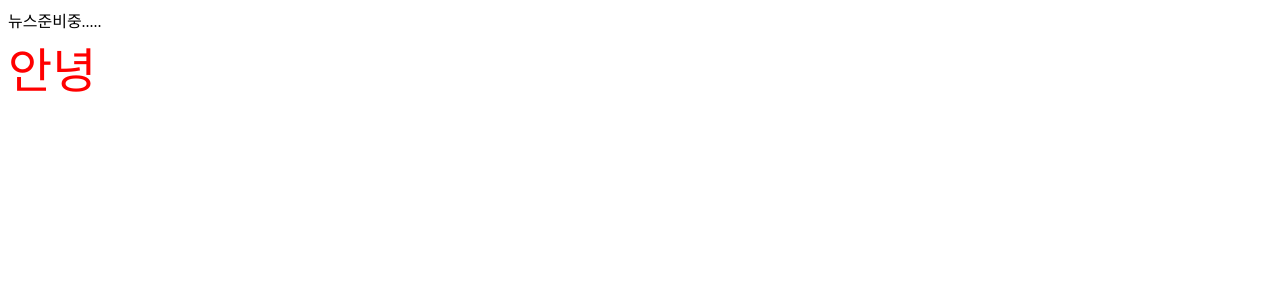
Repository: Kojonghoon/Workspace_java
Page: http://localhost/20221228/ajax/news/newsDisplay.jsp
An editor plug-in stored every save of this project. The page is shown before and after the next save, followed by the edit.
The browser window is 1280 px wide. The pictures show the whole page.
The page is served by Tomcat 9. Other server files are loaded and not shown.

Above is the page before, as saved 2023-02-10 06:17:00.

### 20221228/src/main/webapp/ajax/news/newsDisplay.jsp
<%@ page language="java" contentType="text/html; charset=UTF-8"
	pageEncoding="UTF-8"%>
<!DOCTYPE html>
<html>
<head>
<meta charset="UTF-8">
<title>Insert title here</title>
<script
	src="https://ajax.googleapis.com/ajax/libs/jquery/3.6.3/jquery.min.js"></script>
</head>
<body>
	<script type="text/javascript">
	//호출하지 않아도 자돈실행
	//jquery(document)
	//window <-document<-ready(function(){실행문:변수선언, if문, switch문, i+j}) 함수
	$(document).ready(()=>{
		//실맹문
		start =()=>{
			setInterval(autoReload,2000);
		}
		//function start(){}
		start();
	})//end of ready
	</script>
	<div id="d_news">뉴스준비중.....</div>
	<%
		out.print("<font color='red'size=18>안녕</font>");
	%>
	<script>
	  const autoReload =()=>{
		console.log('autoReload 호출')
		//ajax함수는 jqeury.min.js가 제공하는 api이다
		//ajax함수는 결국 XMLHttpRequest대신함
		//const ajax = new XMLHttpRequest();
		//ajax.open("GET",url,false)
		//ajax.send()
		$.ajax({
	          type: "GET",
	          url: "newsList.jsp",
	          success: function (data) {
	            //console.log(data);
	            $("d_news").html(data);
	          },
	        });
	  }
	</script>
</body>
</html>
<!--
	html(단방향, 변수선언이나 제어문 지원안됨, 이벤트 처리불가)은 순차적으로 실행
	자바스크립트 코드의 위치에 따라서 document.querySelector(id or class or ele)
	: 선언이 먼저
	자바스크립트 위치
	1) head안에 - 전변선언, 함수선언 할 때(호출을 해야 실행됨)
	만일 이것을 지연하고 싶을 떄 - defer - 미룬다 - HTML, DOM Tree그린다.
	2) body안에 - 호출하지 않아도 실행됨 - 단 함수로 선언된 부분 제외

	자바스크립트로 화면을 그릴 수 있다.
	document.write("<font color='red'size=18></font>")

	write는 어디다 쓰는 건가여? - 브라우저

	Java는 브라우저에 쓸 수 없다.

	System.out.println("<b>굵은글씨</b>"

	out.print();

	jsp라고 쓰고 html이라고 읽기
	jsp라고 쓰꼬 json이라고 읽기
	image/png
	image/jpg
	image/gif
	메인타입 / 서브타임
	text/html
	text/css
	text/javascript
	text/module
	text/babel




 -->

### 20221228/src/main/webapp/ajax/news/newsList.jsp
<%@ page language="java" contentType="text/html; charset=UTF-8"
	pageEncoding="UTF-8"%>
<%!
	int x = 1; //전변선언하기
	public String newsItem(String[] news){
		StringBuilder sb = new StringBuilder();
		for(int i=0;i<news.length;i++){
			if(i==(x-1)){
		sb.append("<table width='500px' border='1px'>");
		sb.append("<tr><td>"+news[i]+"</td></tr>");
		sb.append("</table>");
		}//end of if
	}//end of newsItem
		String choice = sb.toString();
		return choice;
	}
%>
<%
//스크립틀릿
String news[] = { "'도이치모터스 주가조작' 권오수 집유·벌금 3억원"
				, "與 김기현·안철수 '내가 대세'…천하람·황교안 '이제 시작'"
				, "[튀르키예 강진] 끝모를 사망자수…야외 주차장이 시신 안치소로"
				, "K팝 시장 '메가톤급 폭풍'…하이브·SM 시너지 기대 속 우려 "
				, "野, '곽상도 무죄' 맹공…대장동·김건희 특검 '쌍끌이 공세" };
String data = "";
switch (x) {
case 1:
	data = newsItem(news);
	x++;
	break;
case 2:
	data = newsItem(news);
	x++;
	break;
case 3:
	data = newsItem(news);
	x++;
	break;
case 4:
	data = newsItem(news);
	x++;
	break;
case 5:
	data = newsItem(news);
	x = 1;
	break;
}//end of switch
	//기존에 읽어온 기사 정보 지우기
out.clear();
out.print(data);
%>

After the next save:
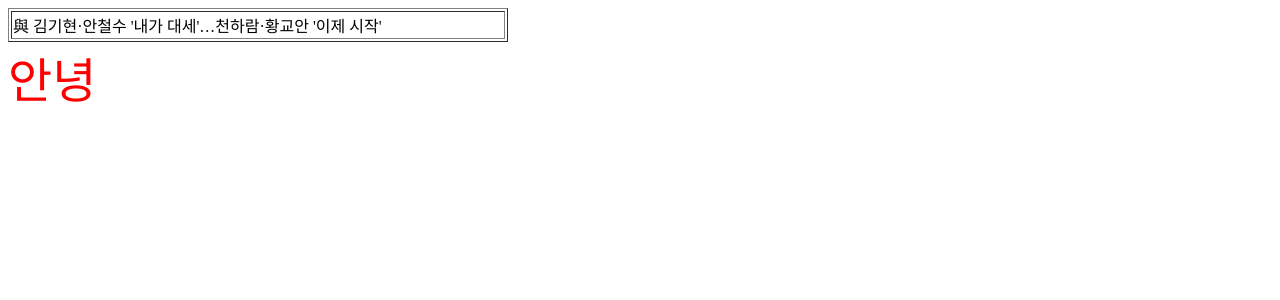
Saved 31 s later.
--- a/20221228/src/main/webapp/ajax/news/newsDisplay.jsp
+++ b/20221228/src/main/webapp/ajax/news/newsDisplay.jsp
@@ -39,7 +39,7 @@
 	          url: "newsList.jsp",
 	          success: function (data) {
 	            //console.log(data);
-	            $("d_news").html(data);
+	            $("#d_news").html(data);
 	          },
 	        });
 	  }
